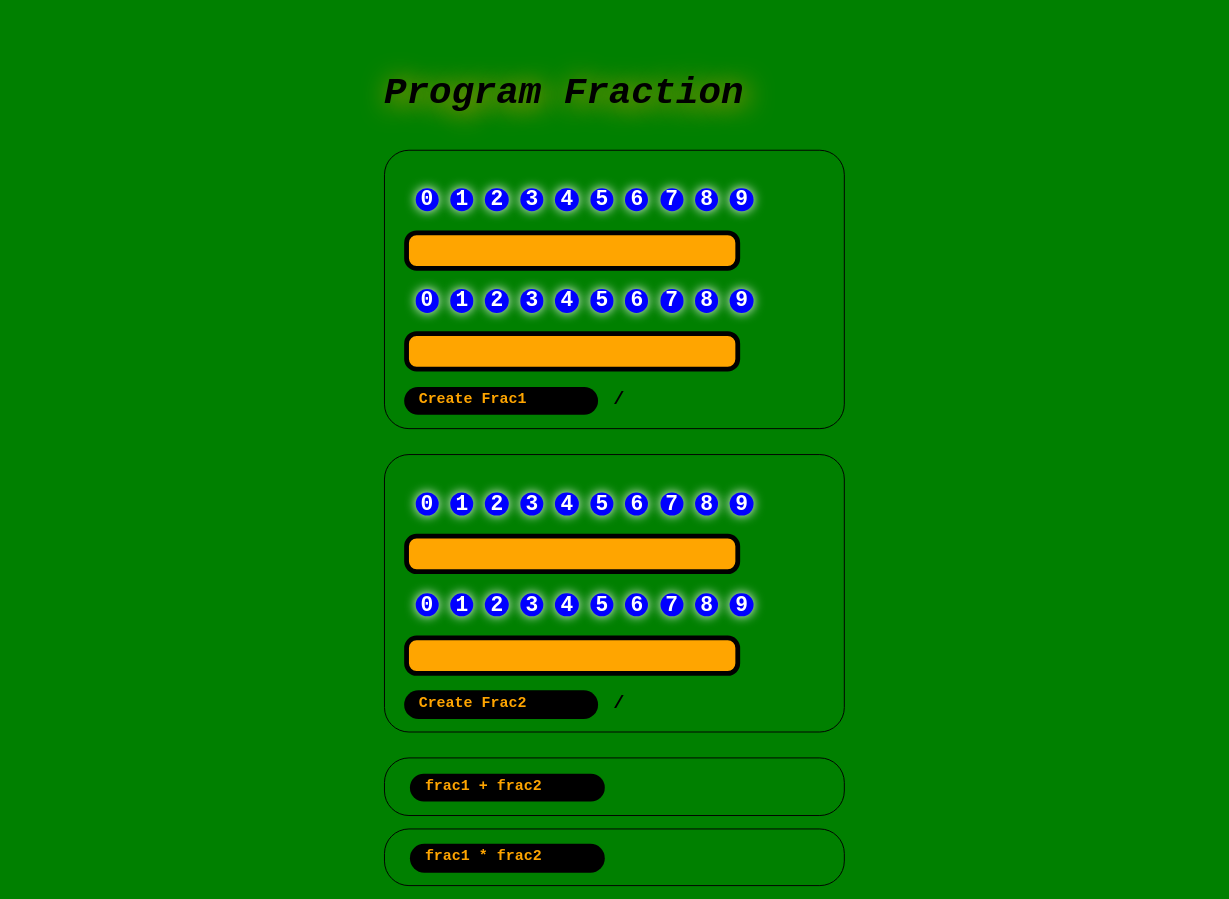
Repository: AndreasAnemyrLNU/1DV404_Iterativ_Mjukvaruutveckling
Page: 3b.html
The author's editor kept a record of every edit. The page is drawn from the files as they stood at one moment, then again after the next edit.
The browser window is 1280 px wide. The pictures show the whole page, at 96% of full size.

Above is the page before.

### 3b.html
<!DOCTYPE html>
<html>
    <head>
        <link rel="stylesheet" href="css/labb3b.css" type="text/css" />
        <meta charset="utf-8"/>
        <title>Uppgift 3b</title>
    </head>
    <body>
        <div id="wrapper">
            <h1>Program Fraction</h1>

            <div class="fracBox">
                <div id= "fracBox1">
                    <div class="box">
                        <div class="nrBox1_1 nrBox">0</div>
                        <div class="nrBox1_1 nrBox">1</div>
                        <div class="nrBox1_1 nrBox">2</div>
                        <div class="nrBox1_1 nrBox">3</div>
                        <div class="nrBox1_1 nrBox">4</div>
                        <div class="nrBox1_1 nrBox">5</div>
                        <div class="nrBox1_1 nrBox">6</div>
                        <div class="nrBox1_1 nrBox">7</div>
                        <div class="nrBox1_1 nrBox">8</div>
                        <div class="nrBox1_1 nrBox">9</div>
                    </div>
                    <form>
                        <input id="frac1_1" type="text" name="" value=""/>
                    </form>
                </div>

                <div id= "fracBox2">
                    <div class="box">
                        <div class="nrBox1_2 nrBox">0</div>
                        <div class="nrBox1_2 nrBox">1</div>
                        <div class="nrBox1_2 nrBox">2</div>
                        <div class="nrBox1_2 nrBox">3</div>
                        <div class="nrBox1_2 nrBox">4</div>
                        <div class="nrBox1_2 nrBox">5</div>
                        <div class="nrBox1_2 nrBox">6</div>
                        <div class="nrBox1_2 nrBox">7</div>
                        <div class="nrBox1_2 nrBox">8</div>
                        <div class="nrBox1_2 nrBox">9</div>
                    </div>
                    <form>
                        <input id="frac1_2" type="text" name="" value=""/>
                    </form>
                </div>
            <a class="doCalc" id="doCalc1">Create Frac1</a><p id="fract1_toString">No fract. gen!</p>
            </div>

            <div class="fracBox">
                <div id= "fracBox1">
                    <div class="box">
                        <div class="nrBox2_1 nrBox">0</div>
                        <div class="nrBox2_1 nrBox">1</div>
                        <div class="nrBox2_1 nrBox">2</div>
                        <div class="nrBox2_1 nrBox">3</div>
                        <div class="nrBox2_1 nrBox">4</div>
                        <div class="nrBox2_1 nrBox">5</div>
                        <div class="nrBox2_1 nrBox">6</div>
                        <div class="nrBox2_1 nrBox">7</div>
                        <div class="nrBox2_1 nrBox">8</div>
                        <div class="nrBox2_1 nrBox">9</div>
                    </div>
                    <form>
                        <input id="frac2_1" type="text" name="" value=""/>
                    </form>
                </div>

                <div id= "fracBox2">
                    <div class="box">
                        <div class="nrBox2_2 nrBox">0</div>
                        <div class="nrBox2_2 nrBox">1</div>
                        <div class="nrBox2_2 nrBox">2</div>
                        <div class="nrBox2_2 nrBox">3</div>
                        <div class="nrBox2_2 nrBox">4</div>
                        <div class="nrBox2_2 nrBox">5</div>
                        <div class="nrBox2_2 nrBox">6</div>
                        <div class="nrBox2_2 nrBox">7</div>
                        <div class="nrBox2_2 nrBox">8</div>
                        <div class="nrBox2_2 nrBox">9</div>
                    </div>
                    <form>
                        <input id="frac2_2" type="text" name="" value=""/>
                    </form>
                </div>
            <a class="doCalc "id="doCalc2">Create Frac2</a><p id="fract2_toString">No fract gen!</p>
            </div>

            <div class="calc">
                <a class="doCalc "id="add">frac1 + frac2</a>
            </div>
            <div class= "calc">
                <a class="doCalc "id="multiply">frac1 * frac2</a><p id="fract3_multiply"></p>
            </div>


        </div>
        <script type="text/javascript" src="js/3b_Fraction.js"></script>
        <script type="text/javascript" src="js/3b.js"></script>
    </body>
</html>

### css/labb3b.css
/* http://meyerweb.com/eric/tools/css/reset/
   v2.0 | 20110126
   License: none (public domain)
*/

html, body, div, span, applet, object, iframe,
h1, h2, h3, h4, h5, h6, p, blockquote, pre,
a, abbr, acronym, address, big, cite, code,
del, dfn, em, img, ins, kbd, q, s, samp,
small, strike, strong, sub, sup, tt, var,
b, u, i, center,
dl, dt, dd, ol, ul, li,
fieldset, form, label, legend,
table, caption, tbody, tfoot, thead, tr, th, td,
article, aside, canvas, details, embed,
figure, figcaption, footer, header, hgroup,
menu, nav, output, ruby, section, summary,
time, mark, audio, video {
	margin: 0;
	padding: 0;
	border: 0;
	font-size: 100%;
	font: inherit;
	vertical-align: baseline;
}
/* HTML5 display-role reset for older browsers */
article, aside, details, figcaption, figure,
footer, header, hgroup, menu, nav, section {
	display: block;
}
body {
	line-height: 1;
}
ol, ul {
	list-style: none;
}
blockquote, q {
	quotes: none;
}
blockquote:before, blockquote:after,
q:before, q:after {
	content: '';
	content: none;
}
table {
	border-collapse: collapse;
	border-spacing: 0;
}

/*End of Meyser's*/

body{
    background-color: green;
    font-family: monospace;
}

h1{
	text-shadow: orange .1em .1em .7em;
	font-size:3em;
	font-style: italic;
	font-weight:900;
	margin: 1.5em 0 .5em 0;
	padding: .5em 0 .5em 0;
}

input[type="text"]
{
	background-color: orange;
	border: .2em solid black;
    border-radius: .5em;
    font-family: monospace;
    font-size: 2em;
    letter-spacing: .1em;
    text-align: center;
}

form{
	font-family: monospace;
}
p{
	font-size: 1.5em;
	font-weight: 700;
	padding: 1em 0 0 .5em;
}


.block{
    display:block;
}
.calc{
	border: 1px solid black;
	border-radius: 2em;
	display: block;
	height: 4.5em;
	overflow: auto;
	margin: 1em 0;
	padding-left: 2em;
}
.box{
	display: block;
	overflow: auto;
	padding: 1.5em 0 1.5em 0;
}
.doCalc{
	background-color: black;
	border-radius: 1em;
	color: orange;
	display: block;
	float: left;
	font-size: 1.2em;
	font-weight: 900;
	height: 1.5em;
	margin: 1em 1em 0 0;
	padding: .4em 0 0 1em;
	width: 12em;
}
.fracBox{
	border: 1px solid black;
	border-radius: 2em;
	margin-bottom: 2em;
	padding: 1.5em;
}
.leftPad{
	color: orange;
	font-size: 1.5em;
	font-weight: 900;
	padding-left: 1em;
}
.nrBox{
	background-color: blue;
	border-radius: 4em;
	box-shadow: white 0 0 .5em;
	color: white;
	display: block;
	float: left;
	font-size: 1.7em;
	font-weight: 900;
	height: .9em;
	margin: 0 0 0 .55em;
	padding: .1em;
	text-align: center;
	width: .9em;
}

.nrBox:hover{
	background-color: yellow;
	color: black;
	transform: scale(2,2);
}

#frac1, #frac2{
    height: 4em;
    width: 100%;
}
#fracBox1, #fracBox2{
	display: block;
}

#submitButton{
    clear: both;
    display: block;
}

#wrapper{
    margin: auto;
    width: 480px;
}

### js/3b_Fraction.js
"use strict";
  //******************************************************\\
 //Cronstructor Fraction***********************************\\
//                                                          \\
function Fraction(numerator, denominator){


//  numerator
//  ---------
//  denominator

    this.denominator = denominator;
    this.numerator = numerator;
}

 //!START**************************************************\\
//*************************************** PROTOTYPE FRACTION\\

Fraction.prototype.getDenominator = function(){
    return this.denominator;
};

Fraction.prototype.getNumerator = function(){
    return this.numerator;
};

Fraction.prototype.add = function(frac1, frac2){

    var newDenominator = (frac1.getDenominator() !== frac2.getDenominator()) ? (frac1.getDenominator() * frac2.getDenominator()) : frac1.getDenominator();
    var newNumerator   = (frac1.getDenominator() !== frac2.getDenominator()) ? (frac1.getNumerator() * frac2.getDenominator()) + (frac2.getNumerator() * frac1.getDenominator()) : frac1.getNumerator() + frac2.getNumerator();

    return new Fraction(

//  (frac1.getNumerator()     *  frac2.getDenominator())   +   (frac2.getNumerator()   *  frac1.getDenominator()),
//-----------------------      -----------------------       ---------------------      -----------------------
    newNumerator,
    newDenominator
//  (frac1.getDenominator()   *  frac2.getDenominator())

  );

};

Fraction.prototype.multiply = function(frac1, frac2){

    return new Fraction( (frac1.getNumerator() * frac2.getNumerator()) , (frac1.getDenominator() * frac2.getDenominator()));
};

Fraction.prototype.isEqualTo = function (fracobject){
    return this.toString() === fracobject.toString() ? true : false;
};

Fraction.prototype.toString = function(){
    return this.getNumerator() + "/" + this.getDenominator();
};

 //PROTOTYPE CALCULATOR ************************************\\
//***************************************************** END!\\

### js/3b.js
"use strict";
function run(){

        var fractions = [null, null, null];

        var submitter1 = document.querySelector("#doCalc1");
        submitter1.addEventListener("click", readValue1, false);

        var submitter2 = document.querySelector("#doCalc2");
        submitter2.addEventListener("click", readValue2, false);

        var submitter3 = document.querySelector("#multiply");
        submitter3.addEventListener("click", multiply, false);

        var submitter4 = document.querySelector("#add");
        submitter4.addEventListener("click", add, false);

        readValue1();
        readValue2();

        function readValue1(){

        var nrBoxes1_1 = document.querySelectorAll(".nrBox1_1");
        var nrBoxes1_2 = document.querySelectorAll(".nrBox1_2");

        for(var i = 0; i < nrBoxes1_1.length; i++)
        {
            nrBoxes1_1[i].addEventListener("click", createFrac1_1, false);
        }

        for(var i = 0; i < nrBoxes1_2.length; i++)
        {
            nrBoxes1_2[i].addEventListener("click", createFrac1_2, false);
        }

        function createFrac1_1(){
                document.querySelector("#frac1_1").value += this.childNodes[0].nodeValue;
        }
        function createFrac1_2(){
                document.querySelector("#frac1_2").value += this.childNodes[0].nodeValue;
        }

        var value1_1 = document.querySelector("#frac1_1").value;
        var value1_2 = document.querySelector("#frac1_2").value;

        var frac1 = new Fraction(value1_1,value1_2);

        document.querySelector("#fract1_toString").innerHTML = frac1.toString();

        fractions[0] = frac1;
    }

    function readValue2(){

        var nrBoxes2_1 = document.querySelectorAll(".nrBox2_1");
        var nrBoxes2_2 = document.querySelectorAll(".nrBox2_2");

        for(var i = 0; i < nrBoxes2_1.length; i++)
        {
            nrBoxes2_1[i].addEventListener("click", createFrac2_1, false);
        }
        for(var i = 0; i < nrBoxes2_2.length; i++)
        {
            nrBoxes2_2[i].addEventListener("click", createFrac2_2, false);
        }

        function createFrac2_1(){
                document.querySelector("#frac2_1").value += this.childNodes[0].nodeValue;
        }
        function createFrac2_2(){
                document.querySelector("#frac2_2").value += this.childNodes[0].nodeValue;
        }

        var value2_1 = document.querySelector("#frac2_1").value;
        var value2_2 = document.querySelector("#frac2_2").value;

        var frac2 = new Fraction(value2_1,value2_2);

        document.querySelector("#fract2_toString").innerHTML = frac2.toString();

        fractions[1] = frac2;
    }

    function add(){
        var frac3 = Fraction.prototype.add(fractions[0], fractions[1]);

        alert(frac3);

        document.querySelector("#fract3_add").innerHTML = frac3.toString();
        fractions[2] = frac3;
    }

    function multiply(){
        var frac3 = Fraction.prototype.multiply(fractions[0],fractions[1]);

        document.querySelector("#fract3_multiply").innerHTML = frac3.toString();
        fractions[2] = frac3;

        console.log("Lika bråk? "+fractions[0].isEqualTo(fractions[1]));
    }

}

window.onload = run;

After the next edit:
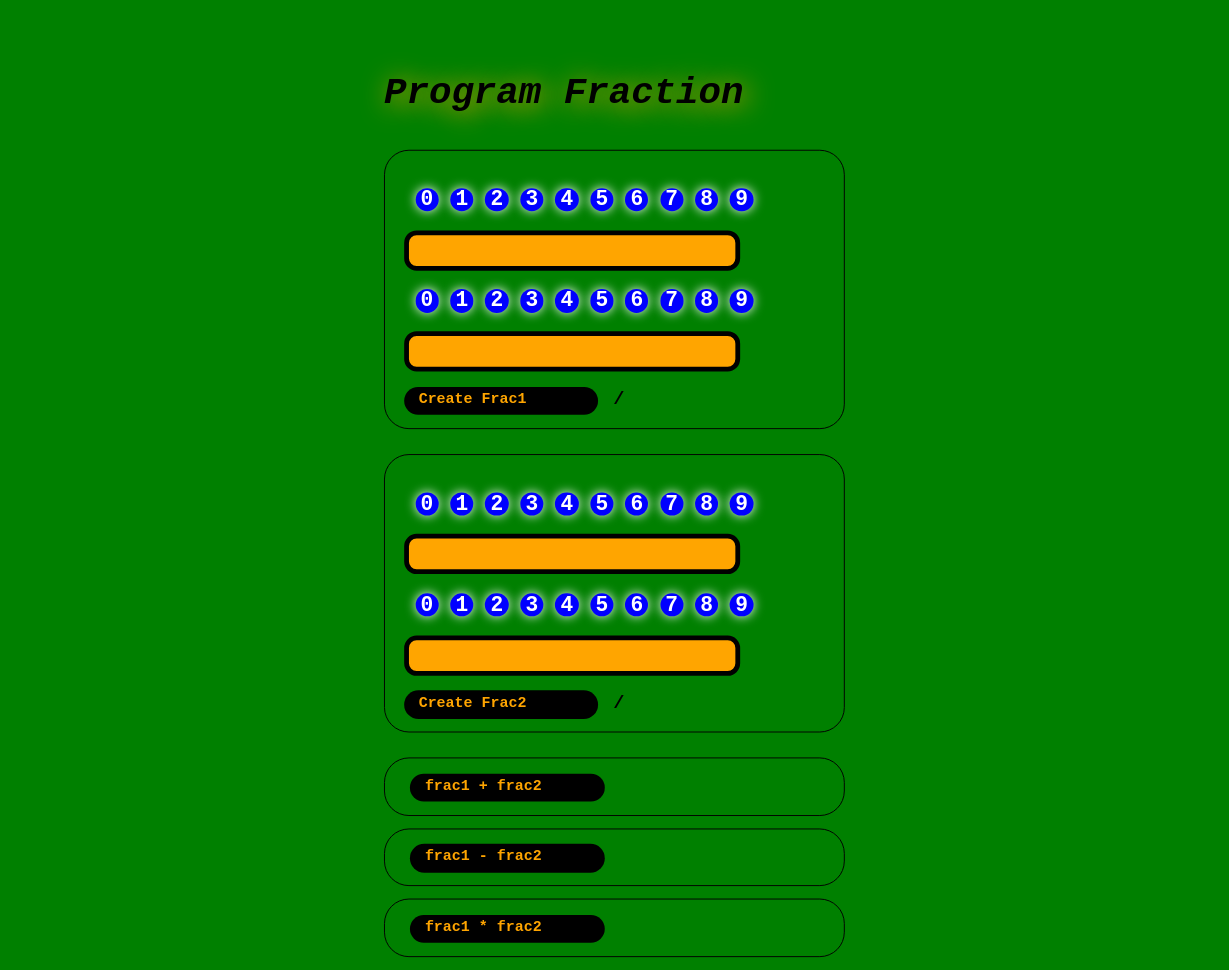
The edit:
--- a/3b.html
+++ b/3b.html
@@ -88,8 +88,13 @@
             </div>
 
             <div class="calc">
-                <a class="doCalc "id="add">frac1 + frac2</a>
+                <a class="doCalc "id="add">frac1 + frac2</a><p id="add3_multiply"></p>
             </div>
+
+            <div class= "calc">
+                <a class="doCalc "id="sub">frac1 - frac2</a><p id="fract3_sub"></p>
+            </div>
+
             <div class= "calc">
                 <a class="doCalc "id="multiply">frac1 * frac2</a><p id="fract3_multiply"></p>
             </div>
